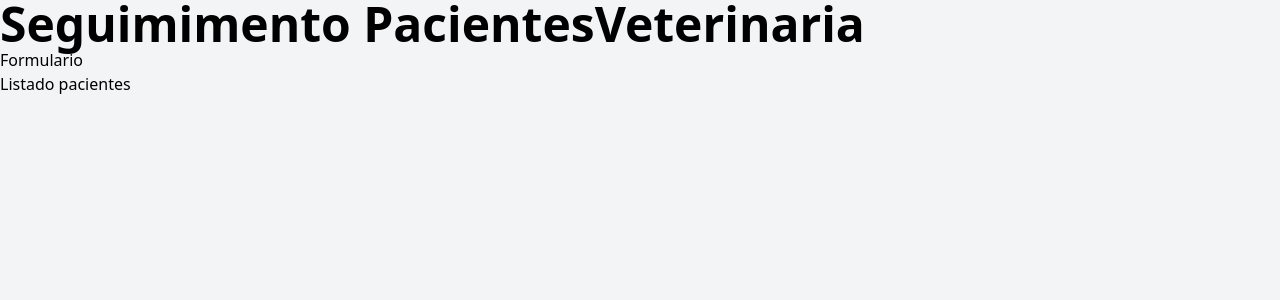
Repository: rlaureano/citas_react
Page: /
An editor plug-in stored every save of this project. The page is shown before and after the next save, followed by the edit.
The browser window is 1280 px wide. The pictures show the whole page.
The project was rebuilt for these pictures with package versions that can differ from the ones it lists, and the page was loaded fresh each time. Also part of the build but not shown: vite.config.js.

Above is the page before, as saved 2022-01-11 21:33:52.

After the next save:
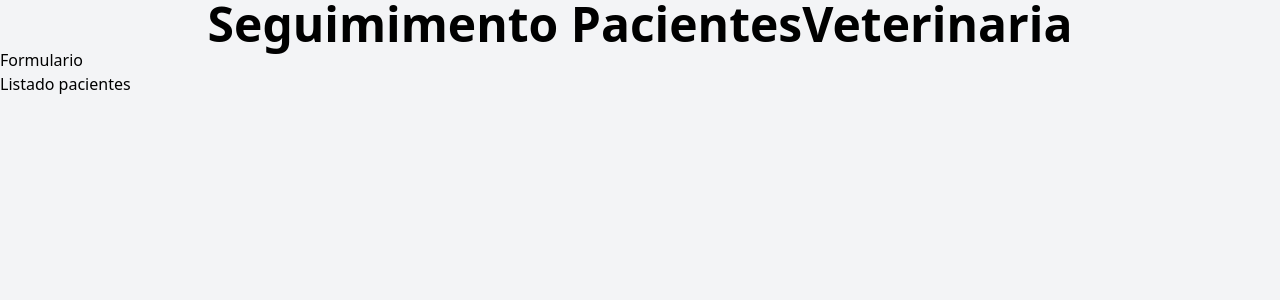
Saved 12 s later.
--- a/src/components/Header.jsx
+++ b/src/components/Header.jsx
@@ -1,7 +1,7 @@
 function Header() {
   return (
 
-      <h1 className="font-black text-5xl">Seguimimento Pacientes
+      <h1 className="font-black text-5xl text-center">Seguimimento Pacientes
         <span>Veterinaria</span>
       </h1>
 
